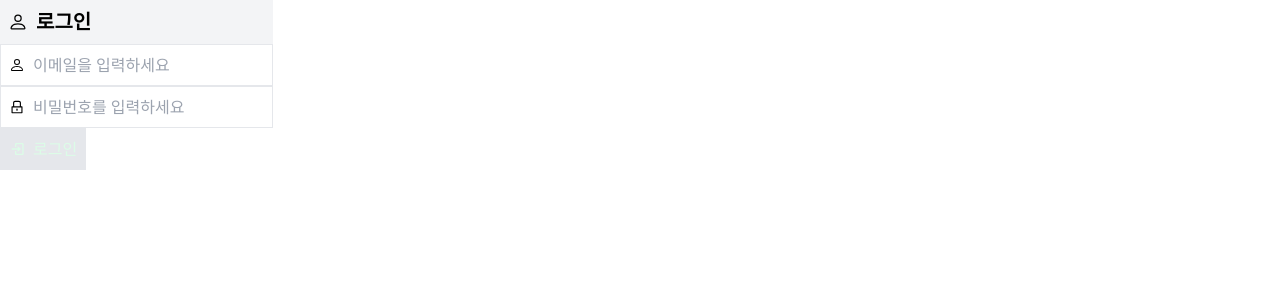
Repository: wanted-pre-onboarding-4/pre-onboarding-assignment-week-4-1-team-4
Page: /login (app in client/)
The author's editor kept a copy of each file at every save. The page is drawn from the files as they stood at one save, then again after the next save.
The browser window is 1280 px wide. The pictures show the whole page.
The project was rebuilt for these pictures with package versions that can differ from the ones it lists, and the page was loaded fresh each time. Also part of the build but not shown: client/src/components/Footer.jsx, client/src/components/Header.jsx, client/src/components/Sider.jsx, client/src/components/Layout.jsx.

Above is the page before, as saved 2022-09-20 21:10:17.

After the next save:
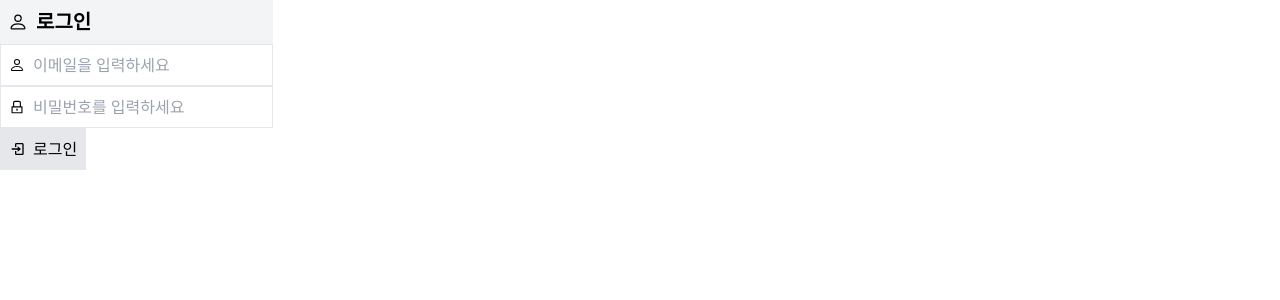
Saved 8 s later.
--- a/client/src/pages/login/Login.jsx
+++ b/client/src/pages/login/Login.jsx
@@ -19,7 +19,7 @@
           <AiOutlineLock />
           <input type="password" placeholder="비밀번호를 입력하세요" />
         </label>
-        <button className='flex items-center space-x-2 border-solid border-[1px] p-2 disabled:text-green-100 bg-gray-200' disabled={true}><BiLogIn/><span>로그인</span></button>
+        <button className='flex items-center space-x-2 border-solid border-[1px] p-2 disabled:text-green-100 bg-gray-200' disabled={false}><BiLogIn/><span>로그인</span></button>
       </form>
     </div>
   );

After the save that followed:
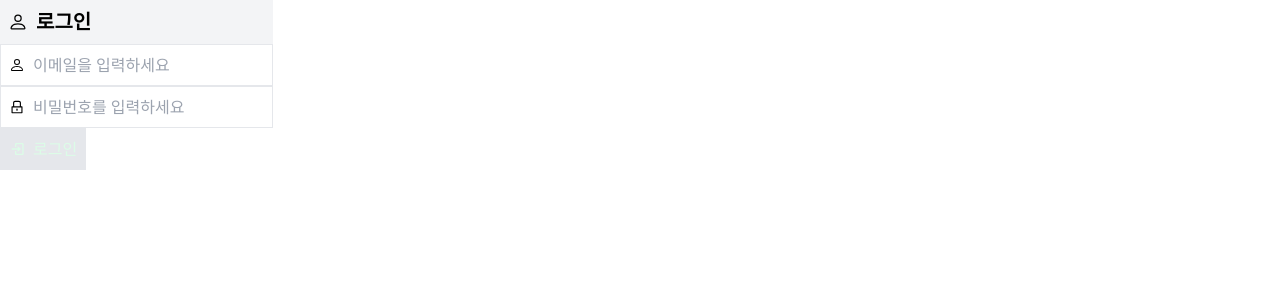
Saved 10 s later.
--- a/client/src/pages/login/Login.jsx
+++ b/client/src/pages/login/Login.jsx
@@ -19,7 +19,7 @@
           <AiOutlineLock />
           <input type="password" placeholder="비밀번호를 입력하세요" />
         </label>
-        <button className='flex items-center space-x-2 border-solid border-[1px] p-2 disabled:text-green-100 bg-gray-200' disabled={false}><BiLogIn/><span>로그인</span></button>
+        <button className='flex items-center space-x-2 border-solid border-[1px] p-2 disabled:text-green-100 disabled:bg-gray-200' disabled={true}><BiLogIn/><span>로그인</span></button>
       </form>
     </div>
   );
